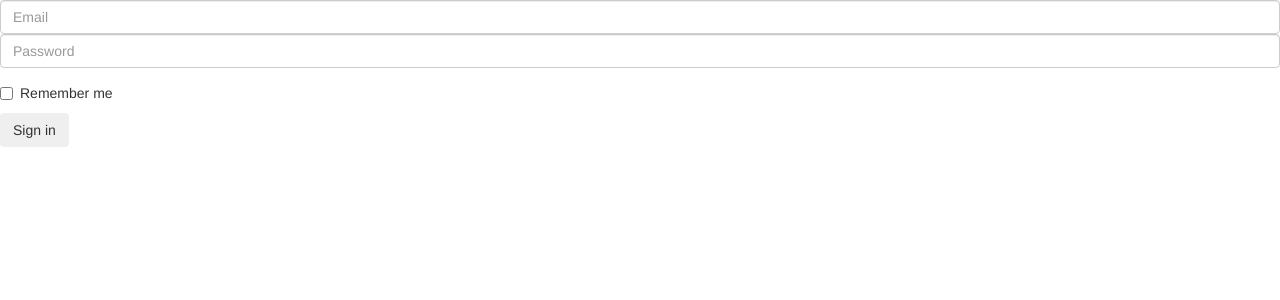
Repository: vaibhavkri/Trendnxt-Projects
Page: bootstrap/Bootstrap– L3 Assignment/Topic 6 HTML Forms/Assignment2.html
An editor plug-in stored every save of this project. The page is shown before and after the next save, followed by the edit.
The browser window is 1280 px wide. The pictures show the whole page.

Above is the page before, as saved 2018-10-23 18:42:44.

After the next save:
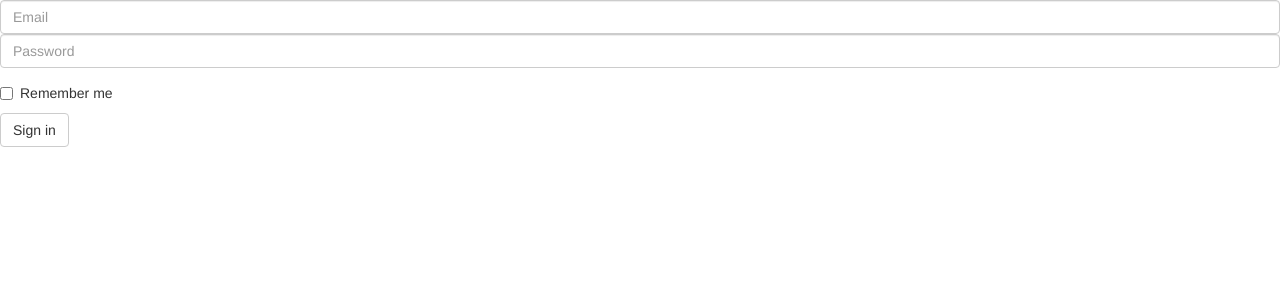
Saved 56 s later.
--- a/bootstrap/Bootstrap– L3 Assignment/Topic 6 HTML Forms/Assignment2.html
+++ b/bootstrap/Bootstrap– L3 Assignment/Topic 6 HTML Forms/Assignment2.html
@@ -30,19 +30,9 @@
             <input type="password" class="form-control" id="passwordInput" placeholder="Password">
         </div>
         <div class="checkbox"><label>
-        <input
-        type=
-        "checkbox"
-        >
-        Remember me
-        </label>
+        <input type="checkbox">Remember me </label>
         </div>
-        <button type="submit" class="btn btn
-        -
-        default">
-        Sign
-        in
-        </button>
+        <button type="submit" class="btn btn-default">Sign in</button>
     </form>
 
 </body>
